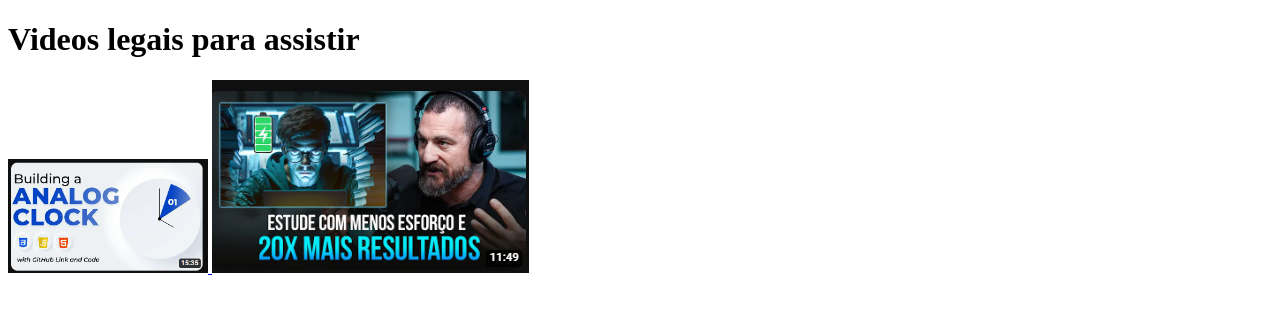
Repository: GabrielTrevisanMargrander/Html-Css
Page: Exercicios/ex012/desafio/index.html
These files come from the project's save history. The page is drawn as it stood at one moment and after a run of saves; the edit follows.
The browser window is 1280 px wide. The pictures show the whole page.

Above is the page before, as saved 2023-05-31 20:31:33.

After the next 5 saves:
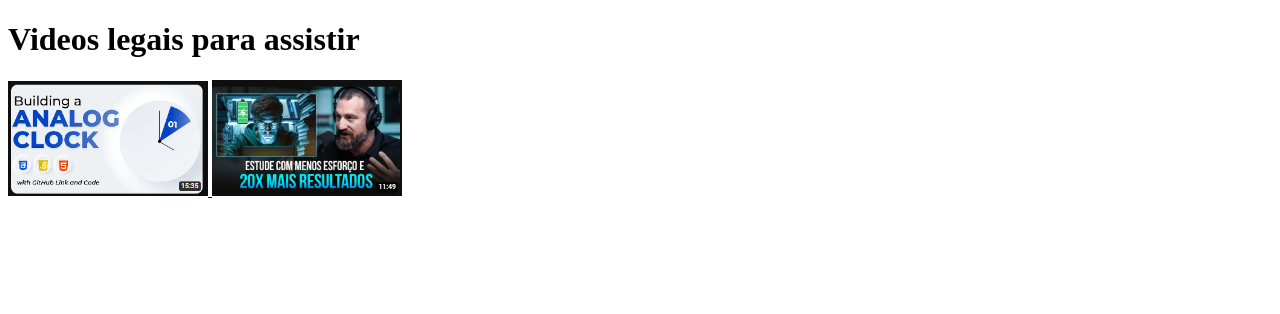
The 5 saves are shown as one change because they came seconds apart.
The last was saved 11 s later.
--- a/Exercicios/ex012/desafio/index.html
+++ b/Exercicios/ex012/desafio/index.html
@@ -12,7 +12,7 @@
     </h1>
 
 <a href="autor.html" target="_blank"> <img src="iamgens/imagem1.png" alt="nem sei" width="200px"> </a>
-<a href="ingles.html"> <img src="iamgens/imagem2.png" width="px alt=""></a>
+<a href="ingles.html"> <img src="iamgens/imagem2.png" width="190px" alt=""></a>
 <a href=></a>
 <a href=></a>
 
